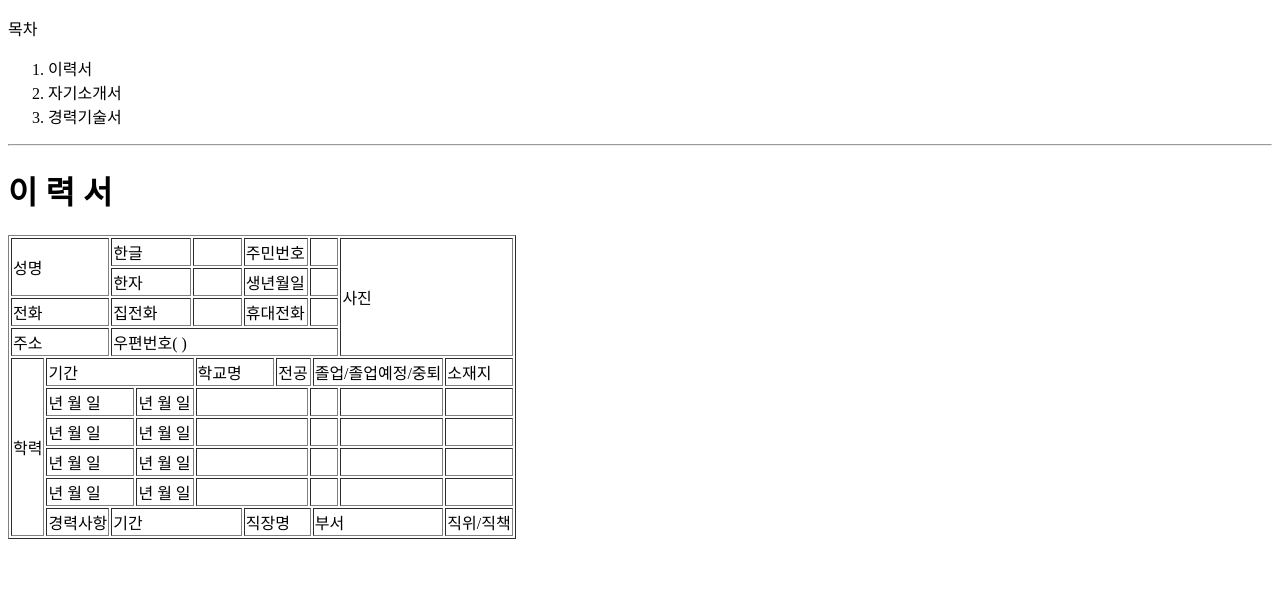
Repository: jeemaru/htme_01
Page: html_01/hw01/ex_01.html
An editor plug-in stored every save of this project. The page is shown before and after the next save, followed by the edit.
The browser window is 1280 px wide. The pictures show the whole page.

Above is the page before, as saved 2022-04-01 08:56:16.

After the next save:
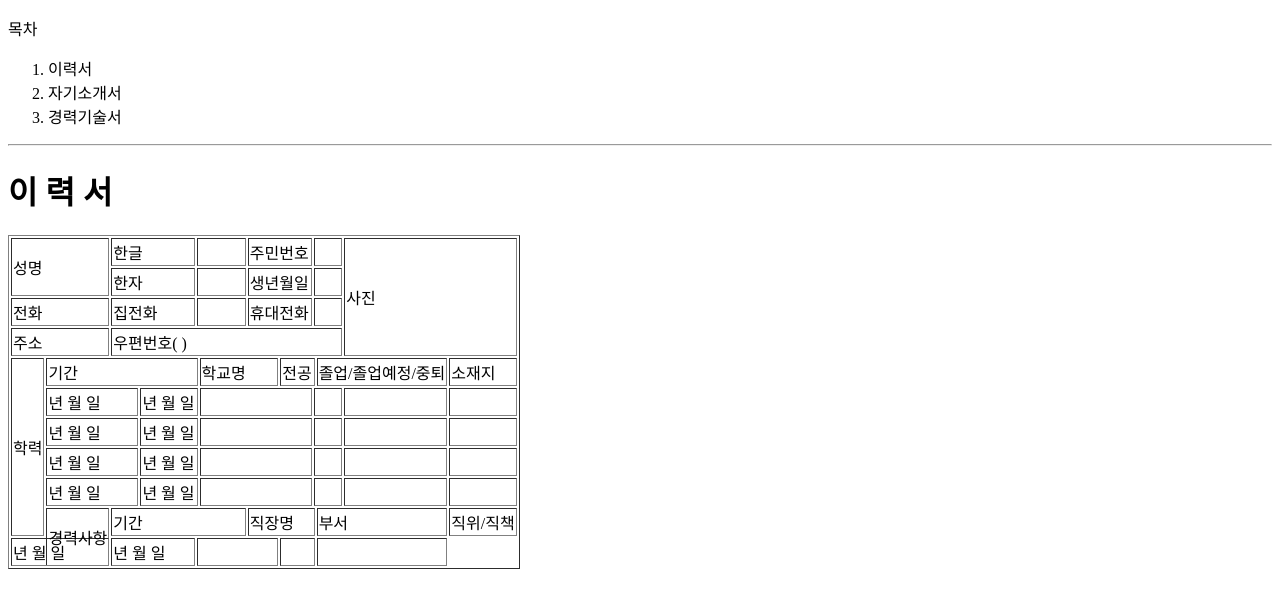
Saved 71 s later.
--- a/html_01/hw01/ex_01.html
+++ b/html_01/hw01/ex_01.html
@@ -94,6 +94,13 @@
 				<td colspan="2">부서</td>
 				<td colspan="2">직위/직책</td>
 			</tr>
+			<tr>
+				<td colspan="2">년 월 일</td>
+				<td colspan="2">년 월 일</td>
+				<td colspan="3">	</td>
+				<td colspan="2">	</td>
+				<td colspan="2">	</td>
+			</tr>
 
 		</table>
 
